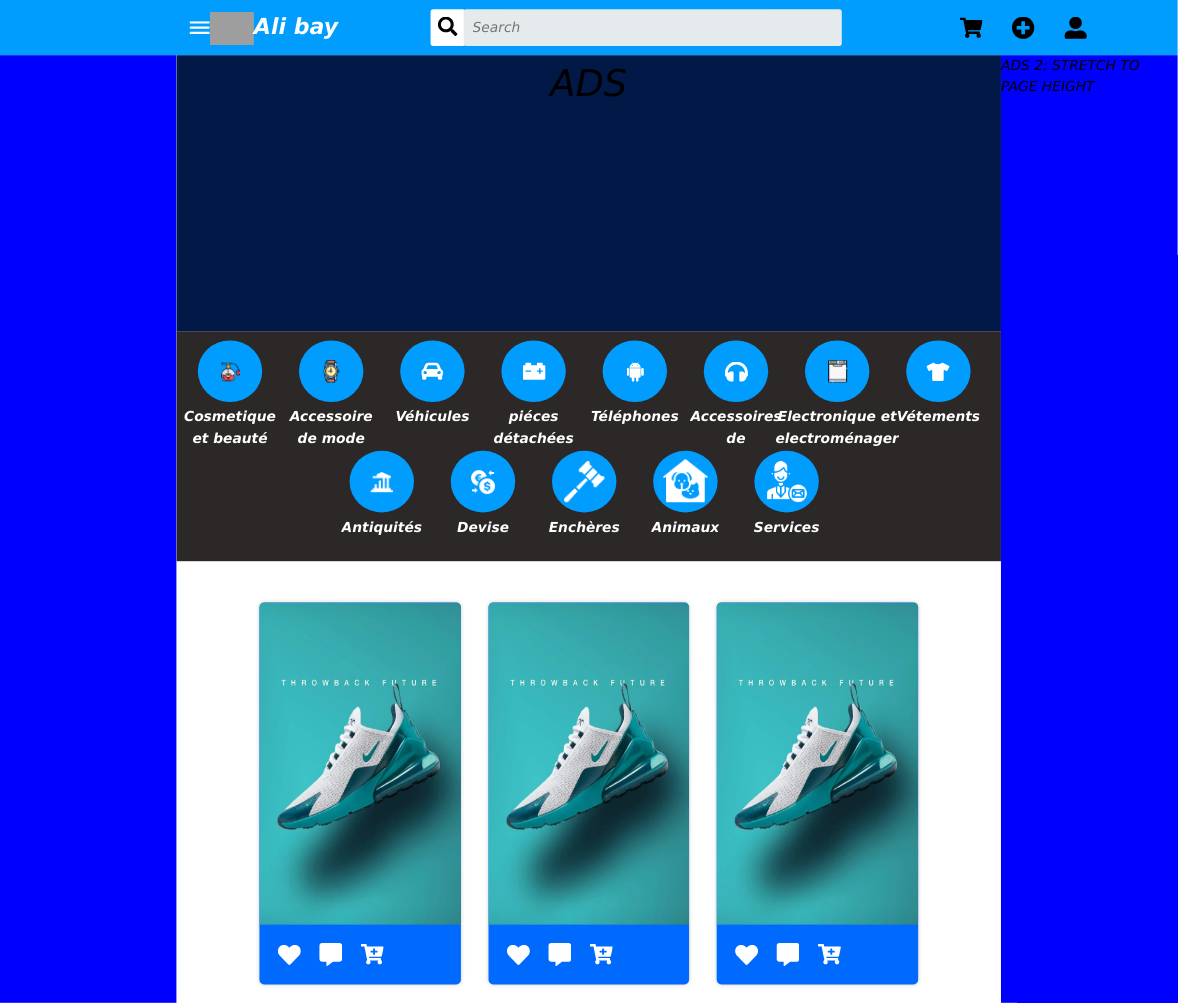
Repository: Aramys21/alibay-site
Page: home.html
The author's editor kept a copy of each file at every save. The page is drawn from the files as they stood at one save, then again after the next save.
The browser window is 1280 px wide. The pictures show the whole page, at 92% of full size.
Pictures or frames that could not be fetched are drawn as grey boxes.

Above is the page before, as saved 2023-03-29 10:37:31.

After the next save:
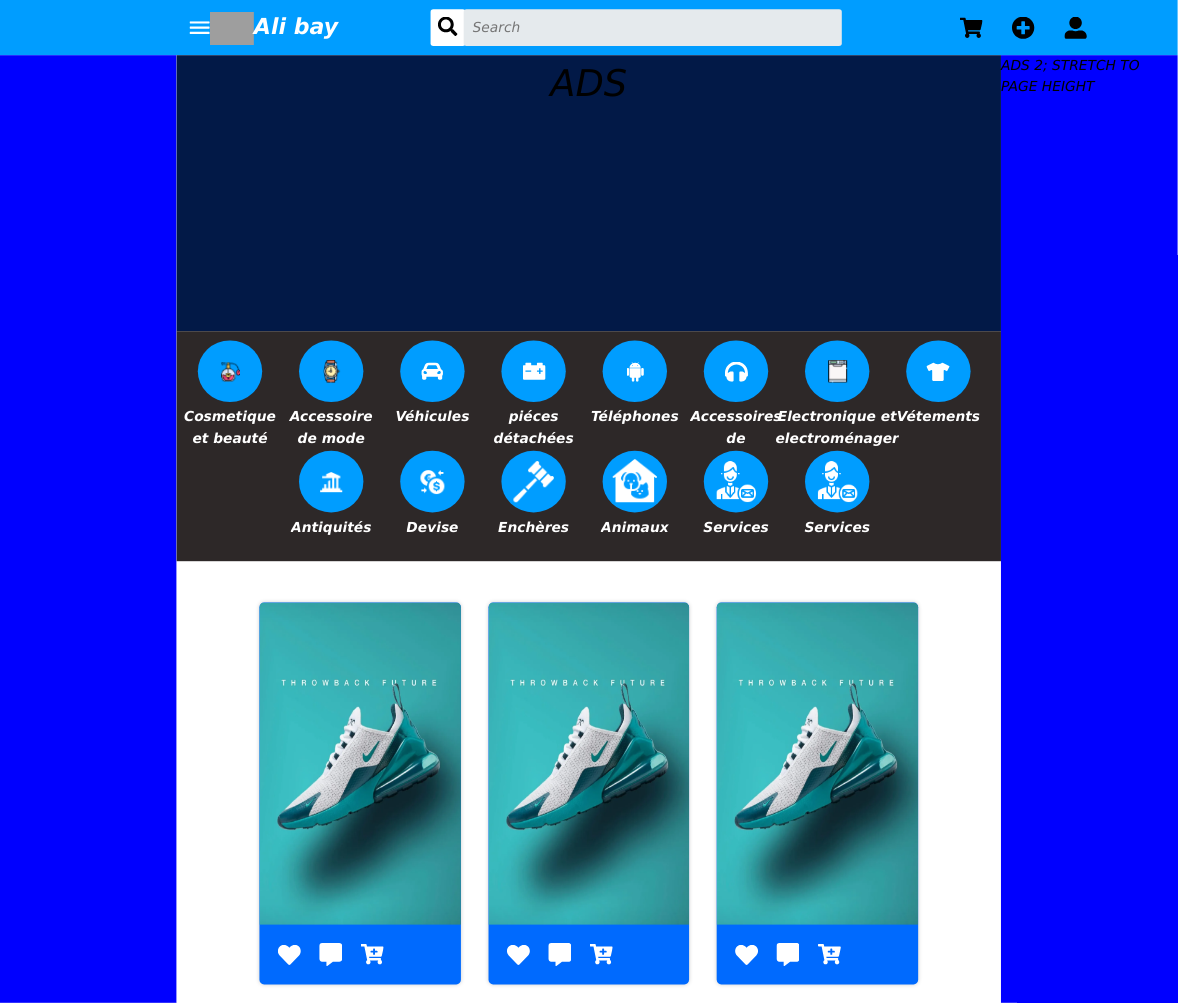
Saved 2 min 11 s later.
--- a/home.html
+++ b/home.html
@@ -188,6 +188,10 @@
 						<div class="category-icon"><img class="icn" src="src/icons/services.png"></div>
 						<div class="category-text">Services</div>
 					</a>
+					<a href="vetements.html" class="category-link">
+						<div class="category-icon"><img class="icn" src="src/icons/services.png"></div>
+						<div class="category-text">Services</div>
+					</a>
 				</div>
 
 				<!-- Products List  -->
